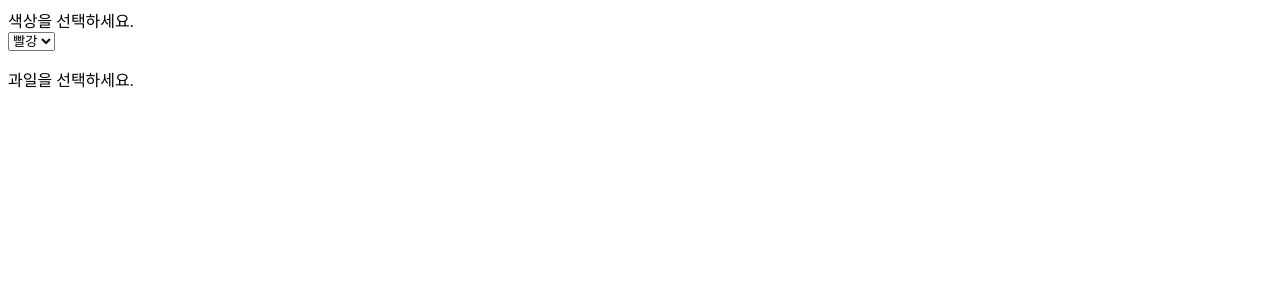
Repository: angwanghyeon/eclipse
Page: http://localhost/sec06/08_colorSelectForm.jsp
The author's editor kept a copy of each file at every save. The page is drawn from the files as they stood at one save, then again after the next save.
The browser window is 1280 px wide. The pictures show the whole page.
The page is served by Tomcat 9.

Above is the page before, as saved 2023-09-01 05:57:37.

After the next save:
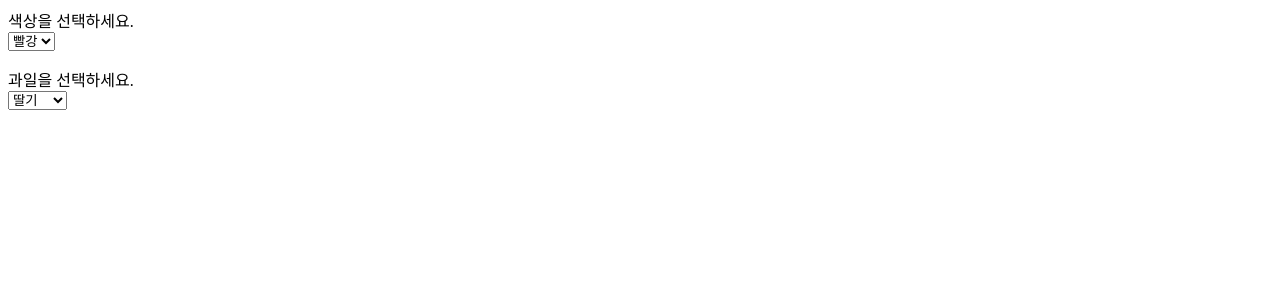
Saved 30 s later.
--- a/sec06/src/main/webapp/08_colorSelectForm.jsp
+++ b/sec06/src/main/webapp/08_colorSelectForm.jsp
@@ -16,7 +16,12 @@
 	</select>
 	<p></p>
 
-	<label for="fruit">과일을 선택하세요.</label>
+	<label for="fruit">과일을 선택하세요.</label><br>
+	<select id="fruit" name="fruit">
+		<option value="1">딸기</option>
+		<option value="2">청포도</option>
+		<option value="3">오렌지</option>
+	</select>
 </form>
 </body>
 </html>
